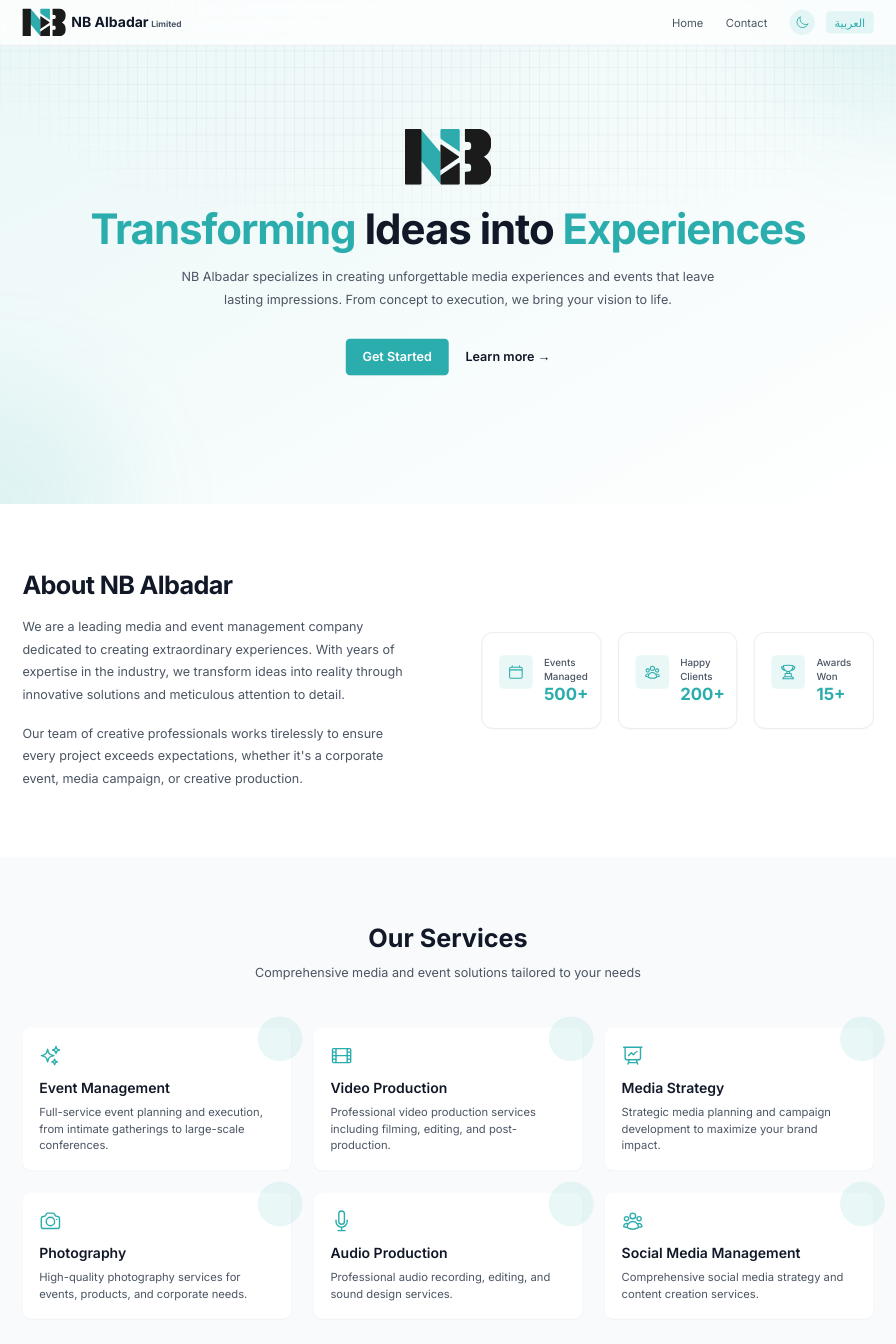
Repository: omartetano99/nb-albadr-website
Page: /
These files come from the project's save history. The page is drawn as it stood at one moment and after the next save; the edit follows.
The browser window is 1280 px wide. The pictures show the part of the page from y = 0 to 1920 px (the page is 3710 px tall), at 70% of full size.
The project was rebuilt for these pictures with package versions that can differ from the ones it lists, and the page was loaded fresh each time. The framework's server and built-in components were replaced by stand-ins that run in the browser. Also part of the build but not shown: next.config.mjs.

Above is the page before, as saved 2025-01-31 17:19:51.

After the next save:
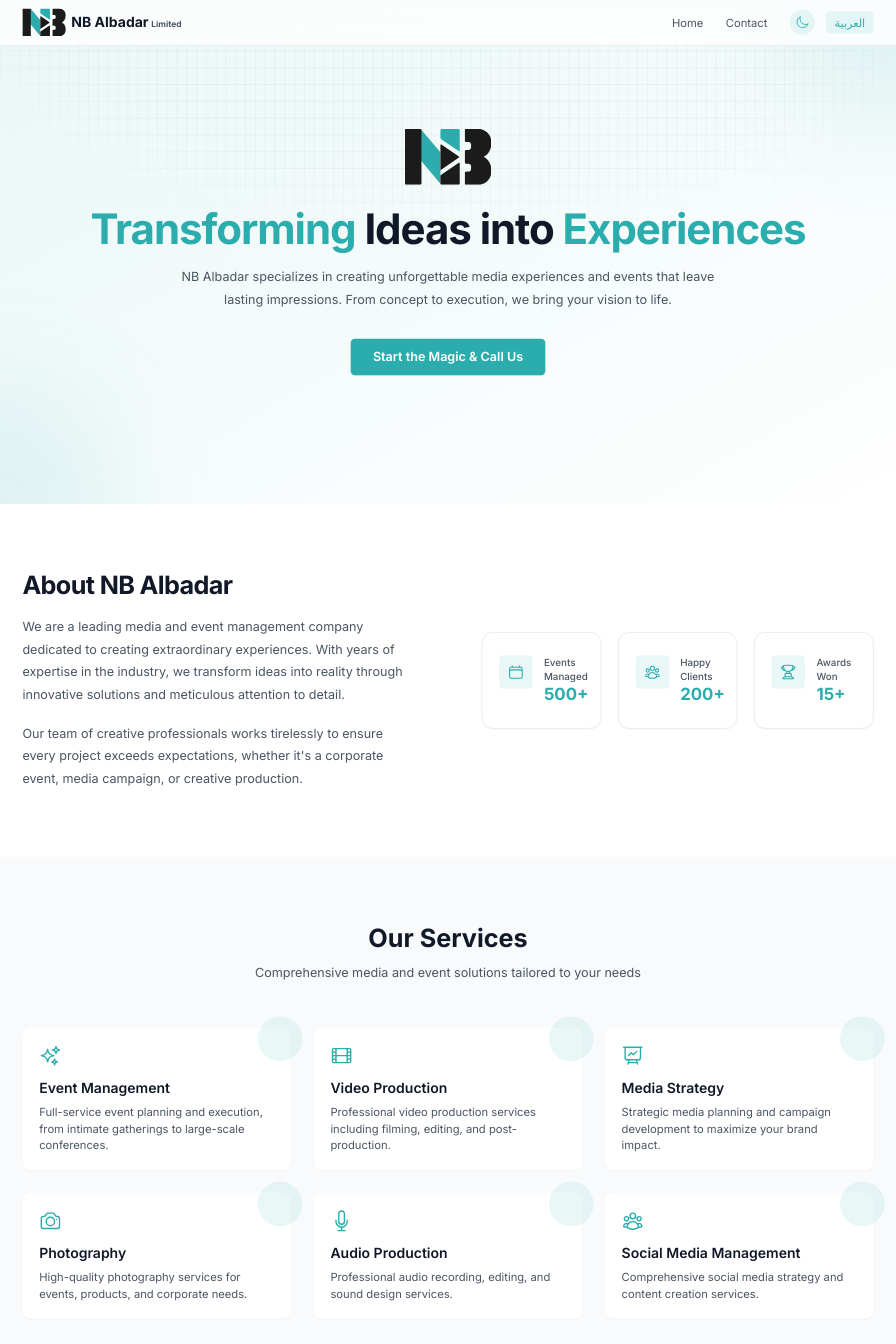
Saved 78 s later.
--- a/src/components/Hero.tsx
+++ b/src/components/Hero.tsx
@@ -14,10 +14,7 @@ const content = {
       end: 'Experiences'
     },
     description: 'NB Albadar specializes in creating unforgettable media experiences and events that leave lasting impressions. From concept to execution, we bring your vision to life.',
-    cta: {
-      primary: 'Get Started',
-      secondary: 'Learn more'
-    }
+    cta: 'Start the Magic & Call Us'
   },
   ar: {
     heading: {
@@ -26,10 +23,7 @@ const content = {
       end: 'تجارب'
     },
     description: 'يتخصص إن بي البدر في إنشاء تجارب إعلامية وفعاليات لا تُنسى تترك انطباعات دائمة. من الفكرة إلى التنفيذ، نحن نحول رؤيتك إلى واقع.',
-    cta: {
-      primary: 'ابدأ الآن',
-      secondary: 'اعرف المزيد'
-    }
+    cta: 'ابدأ السحر واتصل بنا'
   }
 }
 
@@ -100,19 +94,13 @@ export function Hero() {
             initial={{ opacity: 0, y: 20 }}
             animate={{ opacity: 1, y: 0 }}
             transition={{ duration: 0.8, delay: 0.6 }}
-            className="mt-10 flex items-center justify-center gap-x-6"
+            className="mt-10 flex items-center justify-center"
           >
             <a
               href="/contact"
-              className={`rounded-md bg-primary px-6 py-3 text-lg font-semibold text-white shadow-sm hover:bg-primary-dark transition-colors duration-300 ${language === 'ar' ? 'font-arabic' : ''}`}
+              className={`rounded-md bg-primary px-8 py-3 text-lg font-semibold text-white shadow-sm hover:bg-primary-dark transition-colors duration-300 ${language === 'ar' ? 'font-arabic' : ''}`}
             >
-              {t.cta.primary}
-            </a>
-            <a
-              href="/services"
-              className={`text-lg font-semibold leading-6 text-gray-900 dark:text-white hover:text-primary dark:hover:text-primary transition-colors duration-300 ${language === 'ar' ? 'font-arabic' : ''}`}
-            >
-              {t.cta.secondary} <span aria-hidden="true">→</span>
+              {t.cta}
             </a>
           </motion.div>
         </motion.div>
